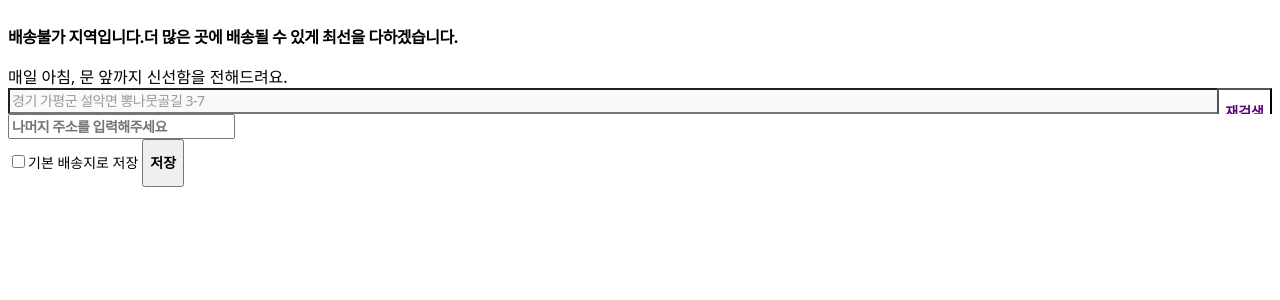
Repository: dorres/secondMarket
Page: http://localhost/marketKurlyty/WEB-INF/user/mykurly/destination_new.jsp
The author's editor kept a copy of each file at every save. The page is drawn from the files as they stood at one save, then again after the next save.
The browser window is 1280 px wide. The pictures show the whole page.
Pictures or frames that could not be fetched are drawn as grey boxes. Some web fonts or font styles are not loaded; a fallback is used. The page is served by Tomcat 9. Nobody is signed in. The template is opened directly, without the code that normally fills it, so the values that code supplies are empty.

Above is the page before, as saved 2021-11-09 09:08:36.

After the next save:
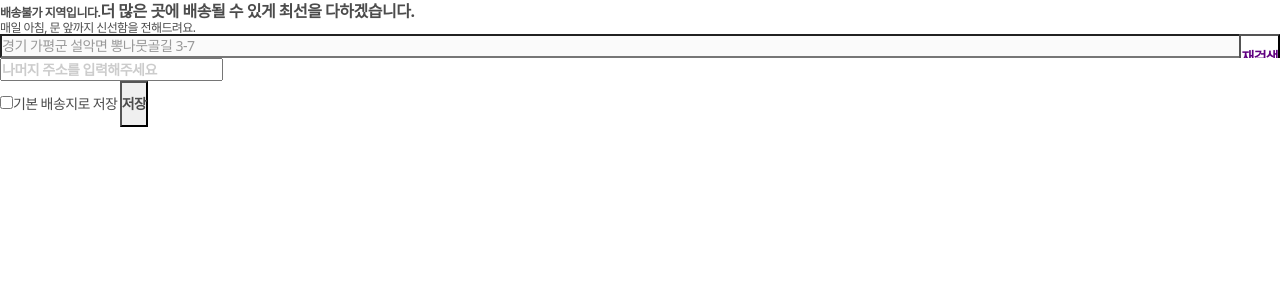
Saved 4 min 22 s later.
--- a/marketKurlyty/src/main/webapp/WEB-INF/user/mykurly/destination_new.jsp
+++ b/marketKurlyty/src/main/webapp/WEB-INF/user/mykurly/destination_new.jsp
@@ -6,6 +6,12 @@
 <meta charset="UTF-8">
 <title>새 배송지 추가</title>
 <link rel="stylesheet" href="${pageContext.request.contextPath }/resources/style/mykurly/destination_new.css">
+<link rel="styleSheet" href="${pageContext.request.contextPath }/resources/style/default/style.css">
+<link rel="styleSheet" href="${pageContext.request.contextPath }/resources/style/default/style2.css">
+<link rel="styleSheet" href="${pageContext.request.contextPath }/resources/style/default/style3.css">
+<link rel="styleSheet" href="${pageContext.request.contextPath }/resources/style/default/style4.css">
+<link rel="styleSheet" href="${pageContext.request.contextPath }/resources/style/default/brn_qnbStyle.css">
+<link rel="styleSheet" href="${pageContext.request.contextPath }/resources/style/default/topButton.css">
 </head>
 <body>
 
